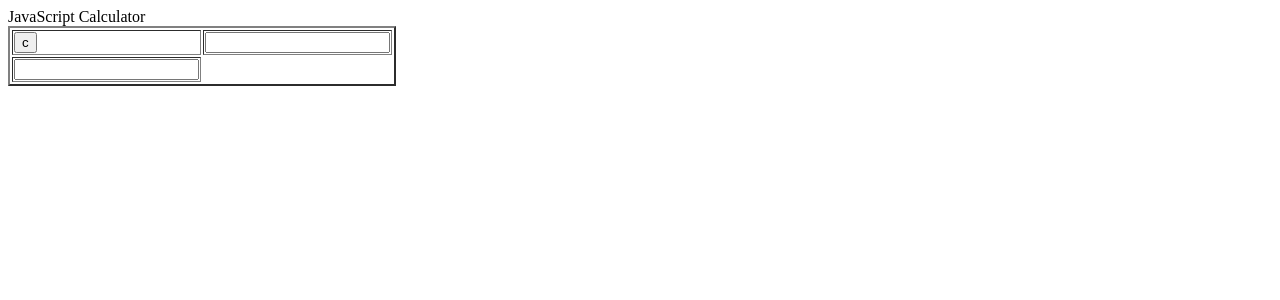
Repository: spidero7/Simple-Calculator
Page: index.html
The author's editor kept a copy of each file at every save. The page is drawn from the files as they stood at one save, then again after the next save.
The browser window is 1280 px wide. The pictures show the whole page.

Above is the page before, as saved 2021-09-15 06:48:31.

After the next save:
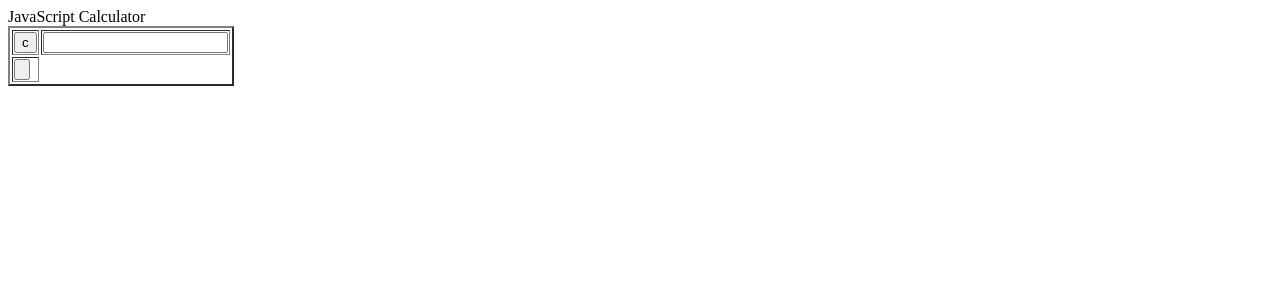
Saved 4 s later.
--- a/index.html
+++ b/index.html
@@ -15,7 +15,7 @@
             <td colspan="3"><input type="text" id="textvalue"/></td>
         </tr>
         <tr>
-            <td><input type=</td>
+            <td><input type="button"</td>
         </tr>
     </table>
     <script src="app.js"></script>
